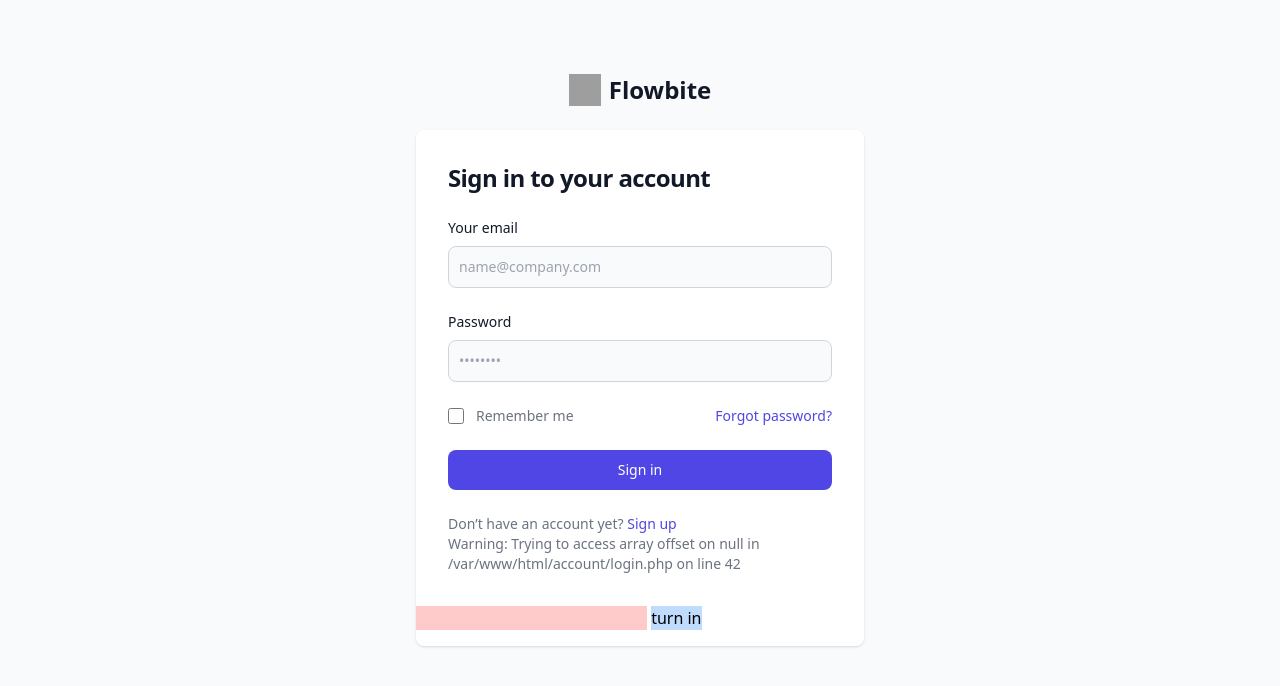
Repository: Narain-Singaram/Coreverse-SMP-Project
Page: http://localhost/account/login.php
The author's editor kept a copy of each file at every save. The page is drawn from the files as they stood at one save, then again after the next save.
The browser window is 1280 px wide. The pictures show the whole page.
Pictures or frames that could not be fetched are drawn as grey boxes. Some web libraries are served in a nearby version. The page is run by PHP 8.4 with error messages shown; the project is at /var/www/html/. Queries for data that is not in the repository find no rows.

Above is the page before, as saved 2022-11-05 23:59:29.

### account/login.php
    <?php
        include("../configurations/configurations.php");
    ?>
    <section class="bg-gray-50">
    <div class="flex flex-col items-center justify-center px-6 py-8 mx-auto md:h-screen lg:py-0">
        <a href="#" class="flex items-center mb-6 text-2xl font-semibold text-gray-900">
            <img class="w-8 h-8 mr-2" src="https://flowbite.s3.amazonaws.com/blocks/marketing-ui/logo.svg" alt="logo">
            Flowbite
        </a>
        <div class="w-full bg-white rounded-lg shadow md:mt-0 sm:max-w-md xl:p-0">
            <div class="p-6 space-y-4 md:space-y-6 sm:p-8">
                <h1 class="text-xl font-bold leading-tight tracking-tight text-gray-900 md:text-2xl">
                    Sign in to your account
                </h1>
                <form class="space-y-4 md:space-y-6" action="#">
                    <div>
                        <label for="email" class="block mb-2 text-sm font-medium text-gray-900">Your email</label>
                        <input type="email" name="email" id="email" class="bg-gray-50 border border-gray-300 text-gray-900 sm:text-sm rounded-lg focus:ring-indigo-600 focus:border-indigo-600 block w-full p-2.5" placeholder="name@company.com" required="">
                    </div>
                    <div>
                        <label for="password" class="block mb-2 text-sm font-medium text-gray-900">Password</label>
                        <input type="password" name="password" id="password" placeholder="••••••••" class="bg-gray-50 border border-gray-300 text-gray-900 sm:text-sm rounded-lg focus:ring-indigo-600 focus:border-indigo-600 block w-full p-2.5" required="">
                    </div>
                    <div class="flex items-center justify-between">
                        <div class="flex items-start">
                            <div class="flex items-center h-5">
                                <input id="remember" aria-describedby="remember" type="checkbox" class="w-4 h-4 border border-gray-300 rounded bg-gray-50 focus:ring-3 focus:ring-indigo-300" required="">
                            </div>
                            <div class="ml-3 text-sm">
                                <label for="remember" class="text-gray-500">Remember me</label>
                            </div>
                        </div>
                        <a href="#" class="text-sm font-medium text-indigo-600 hover:underline">Forgot password?</a>
                    </div>
                    <button type="submit" class="w-full text-white bg-indigo-600 hover:bg-indigo-700 focus:ring-4 focus:outline-none focus:ring-indigo-300 font-medium rounded-lg text-sm px-5 py-2.5 text-center">Sign in</button>
                    <p class="text-sm font-light text-gray-500">
                        Don’t have an account yet? <a href="#" class="font-medium text-indigo-600 hover:underline">Sign up</a>
    <?php
        $select = mysqli_query($con, "SELECT * FROM users WHERE id=1");
        $yo = mysqli_fetch_array($select);

        echo $yo['full_name'];
    ?>
                    </p>
                </form>
            </div>
    <form action="login.php" method='POST'>
        <input class='bg-red-200' type="text" name="full_name" id="">
        <input type="submit" class='bg-blue-200' name='submit_name' value="turn in">
    </form>
        </div>
    </div>
    </section>


<script src="https://cdn.tailwindcss.com"></script>

### configurations/configurations.php
<?php
ob_start(); //Turns on output buffering
session_start();

    $timezone = date_default_timezone_set("America/New_York");
    $con = mysqli_connect("localhost", "root", "", "coreverse");

    if(mysqli_connect_errno()) {
    echo "Failed to connect: " . mysqli_connect_errno();
    }


?>

After the next save:
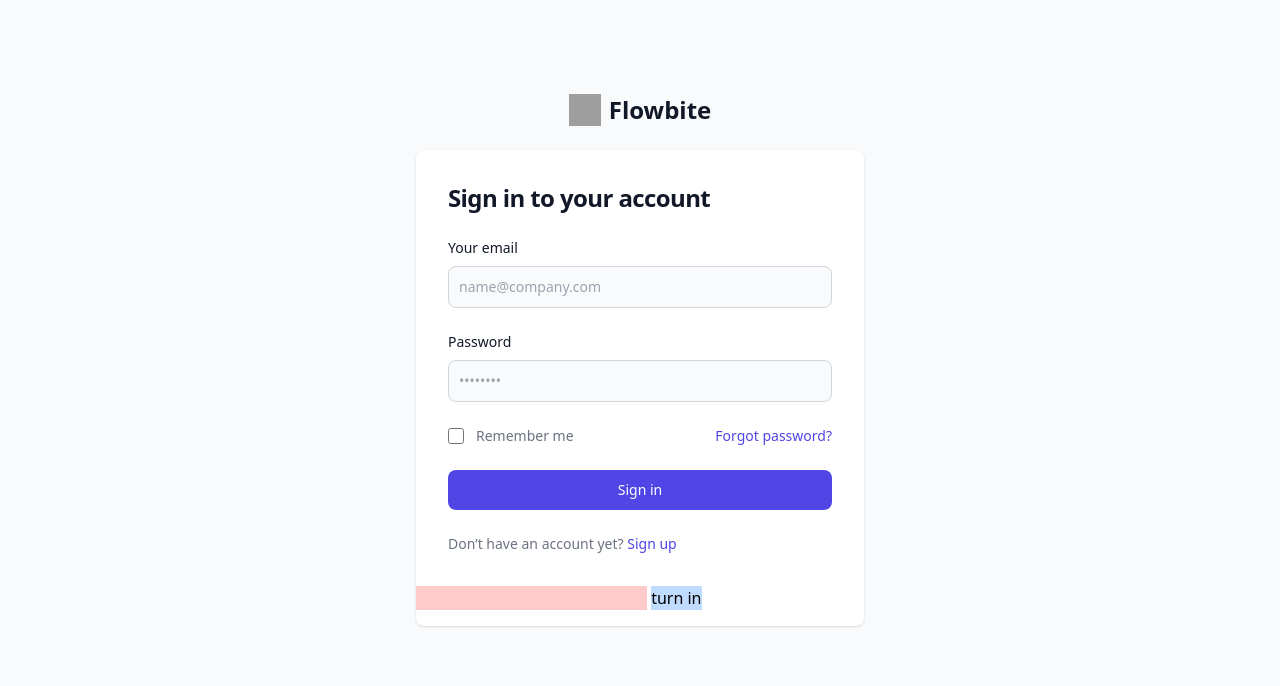
Saved 54 s later.
--- a/account/login.php
+++ b/account/login.php
@@ -35,13 +35,7 @@
                     <button type="submit" class="w-full text-white bg-indigo-600 hover:bg-indigo-700 focus:ring-4 focus:outline-none focus:ring-indigo-300 font-medium rounded-lg text-sm px-5 py-2.5 text-center">Sign in</button>
                     <p class="text-sm font-light text-gray-500">
                         Don’t have an account yet? <a href="#" class="font-medium text-indigo-600 hover:underline">Sign up</a>
-    <?php
-        $select = mysqli_query($con, "SELECT * FROM users WHERE id=1");
-        $yo = mysqli_fetch_array($select);
-
-        echo $yo['full_name'];
-    ?>
-                    </p>
+    </p>
                 </form>
             </div>
     <form action="login.php" method='POST'>
